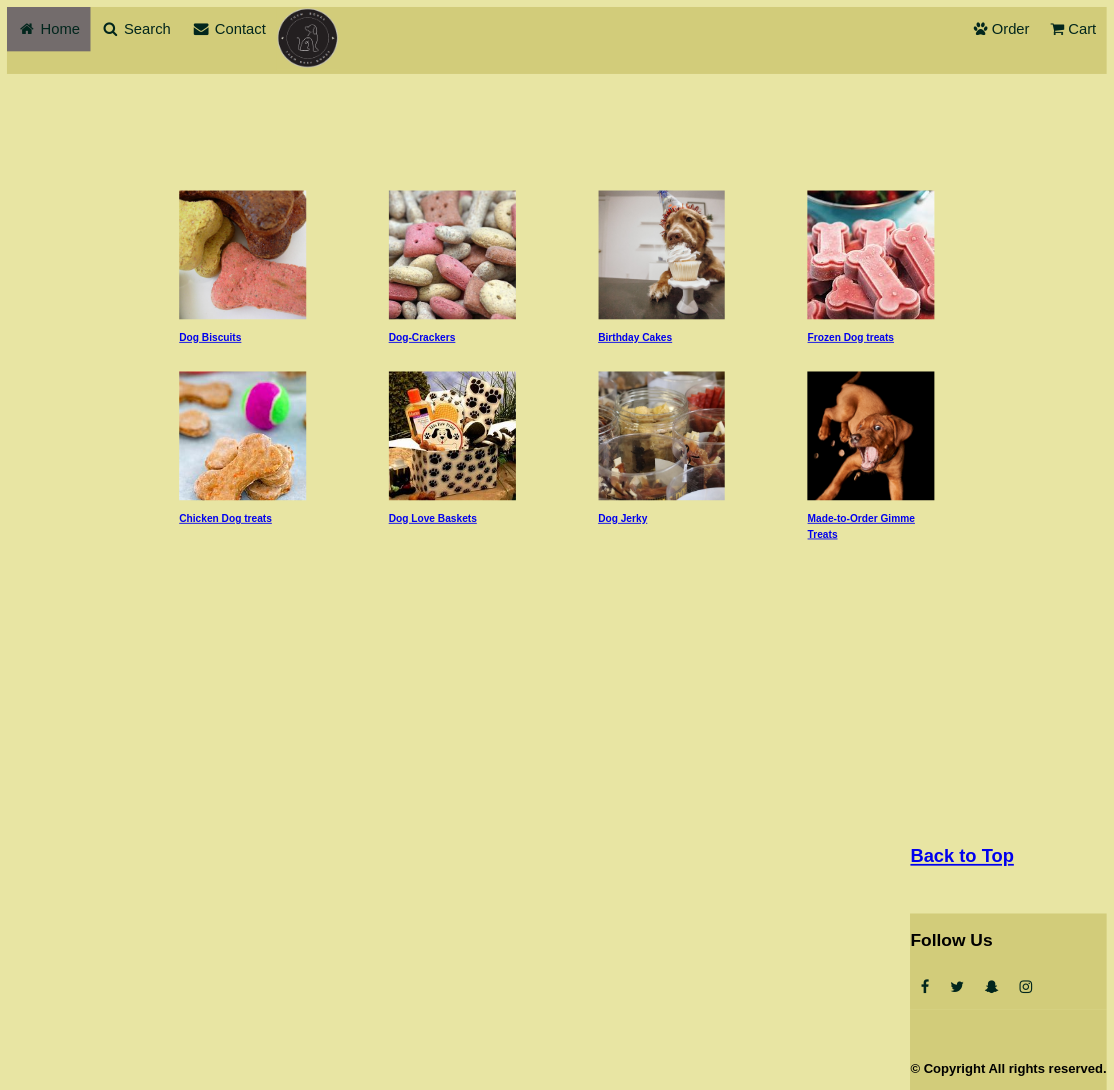
Repository: vgoins-RA2022/HTML-1
Page: index.html
The author's editor kept a copy of each file at every save. The page is drawn from the files as they stood at one save, then again after the next save.
The browser window is 1280 px wide. The pictures show the whole page, at 87% of full size.

Above is the page before, as saved 2023-01-21 19:03:45.

After the next save:
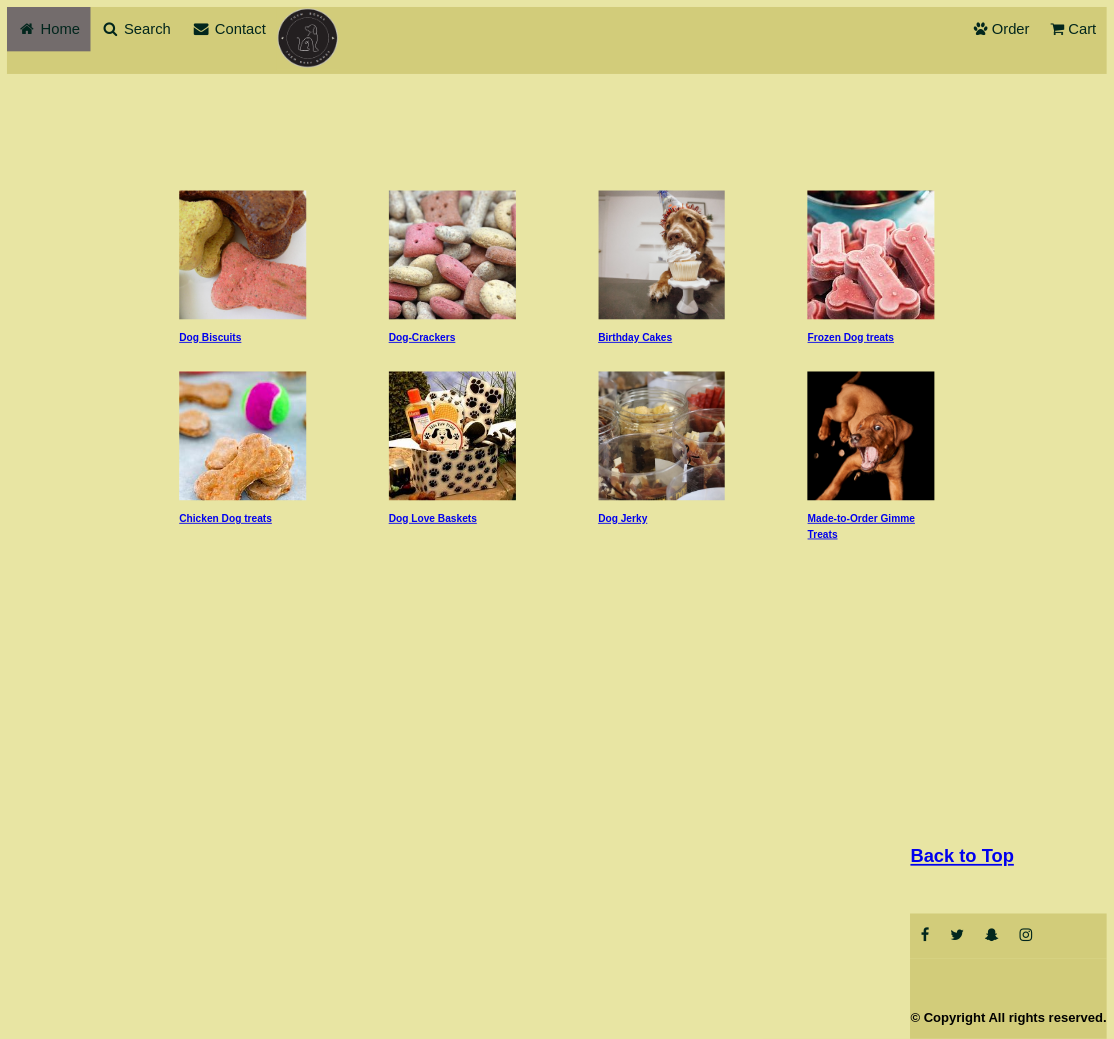
Saved 2 min 1 s later.
--- a/index.html
+++ b/index.html
@@ -92,7 +92,7 @@
 
     <div class="navbar" float: left>
     <!-- <div class="left"> -->
-      <h1>Follow Us</h1>
+
       <a href="#"><i class="fa fa-facebook"></i> </a>
       <a href="#"><i class="fa fa-twitter"></i> </a>
       <a href="#"><i class="fa fa-snapchat-ghost"></i> </a>
